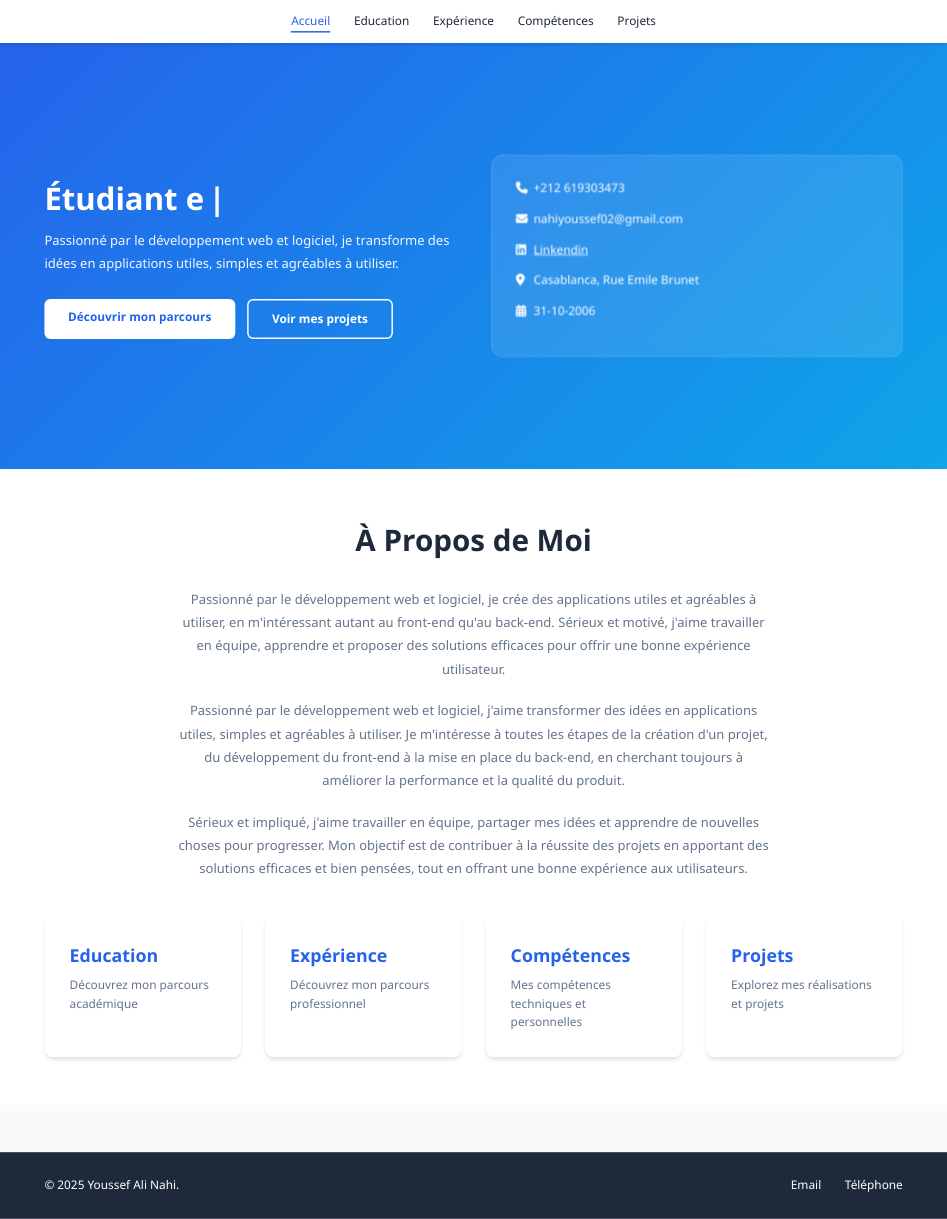
Repository: Youssef-Nahi504/My_Portfolio
Page: index.html
These files come from the project's save history. The page is drawn as it stood at one moment and after the next save; the edit follows.
The browser window is 1280 px wide. The pictures show the whole page, at 74% of full size.

Above is the page before, as saved 2025-12-21 16:51:25.

### index.html
<!DOCTYPE html>
<html lang="fr">

<head>
    <meta charset="UTF-8">
    <meta name="viewport" content="width=device-width, initial-scale=1.0">
    <title>Youssef Ali Nahi - Portfolio</title>
    <link rel="stylesheet" href="style.css">
    <link rel="stylesheet" href="https://cdnjs.cloudflare.com/ajax/libs/font-awesome/6.5.1/css/all.min.css">
</head>

<body>
    <nav class="navbar">
        <div class="nav-container">
            <ul class="nav-menu">
                <li><a href="index.html" class="active">Accueil</a></li>
                <li><a href="Education.html">Education</a></li>
                <li><a href="experience.html">Expérience</a></li>
                <li><a href="competences.html">Compétences</a></li>
                <li><a href="projets.html">Projets</a></li>
            </ul>
        </div>
    </nav>

    <main>
        <section class="hero">
            <div class="hero-content">
                <div class="hero-text">
                    <h1 id="typing-text"></h1>
                    <!-- <h1>Youssef Ali Nahi</h1>
                    <h2>Étudiant en BTS | Développeur Web & Logiciel</h2> -->
                    <p class="hero-subtitle">Passionné par le développement web et logiciel, je transforme des idées en
                        applications utiles, simples et agréables à utiliser.</p>
                    <div class="hero-buttons">
                        <a href="experience.html" class="btn btn-primary">Découvrir mon parcours</a>
                        <a href="projets.html" class="btn btn-secondary">Voir mes projets</a>
                    </div>
                </div>
                <div class="hero-image">
                    <div class="profile-card">
                        <div class="profile-info">
                            <p><i class="fa-solid fa-phone" style="width: 20px;"></i> +212 619303473</p>
                            <p> <i class="fa-solid fa-envelope" style="width: 20px;"></i> nahiyoussef02@gmail.com</p>
                            <p><i class="fa-brands fa-linkedin" style="width: 20px;"></i> <a href="https://www.linkedin.com/in/youssefalinahi02/" target="_blank" style="color: white;">Linkendin</a></p>
                            <p><i class="fa-solid fa-location-dot" style="width: 20px;"></i> Casablanca, Rue Emile Brunet</p>
                            <p><i class="fa-solid fa-calendar-days" style="width: 20px;"></i> 31-10-2006</p>

                        </div>
                    </div>
                </div>
            </div>
        </section>

        <section class="about">
            <div class="container">
                <h2 class="section-title">À Propos de Moi</h2>
                <div class="about-content">
                    <p>Passionné par le développement web et logiciel, je crée des applications utiles et agréables à utiliser, en m'intéressant autant au front-end qu'au back-end. Sérieux et motivé, j'aime travailler en équipe, apprendre et proposer des solutions efficaces pour offrir une bonne expérience utilisateur.</p>
                    <p>
                        Passionné par le développement web et logiciel, j'aime transformer des idées en applications
                        utiles, simples et agréables à utiliser. Je m'intéresse à toutes les étapes de la création d'un
                        projet, du développement du front-end à la mise en place du back-end, en cherchant toujours à
                        améliorer la performance et la qualité du produit.
                    </p>
                    <p>
                        Sérieux et impliqué, j'aime travailler en équipe, partager mes idées et apprendre de nouvelles
                        choses pour progresser. Mon objectif est de contribuer à la réussite des projets en apportant
                        des solutions efficaces et bien pensées, tout en offrant une bonne expérience aux utilisateurs.
                    </p>
                </div>
                <div class="quick-links">
                    <a href="Education.html" class="quick-link-card">
                        <h3>Education</h3>
                        <p>Découvrez mon parcours académique</p>
                    </a>

                    <a href="experience.html" class="quick-link-card">
                        <h3>Expérience</h3>
                        <p>Découvrez mon parcours professionnel</p>
                    </a>
                    <a href="competences.html" class="quick-link-card">
                        <h3>Compétences</h3>
                        <p>Mes compétences techniques et personnelles</p>
                    </a>
                    <a href="projets.html" class="quick-link-card">
                        <h3>Projets</h3>
                        <p>Explorez mes réalisations et projets</p>
                    </a>
                </div>
            </div>
        </section>
    </main>

    <footer>
        <div class="container">
            <p>&copy; 2025 Youssef Ali Nahi.</p>
            <div class="footer-links">
                <a href="mailto:nahiyoussef02@gmail.com">Email</a>
                <a href="tel:+212619303473">Téléphone</a>
            </div>
        </div>
    </footer>

    <script src="file.js"></script>
</body>

</html>

### style.css
* {
    margin: 0;
    padding: 0;
    box-sizing: border-box;
}

:root {
    --primary-color: #2563eb;
    --primary-dark: #1e40af;
    --secondary-color: #64748b;
    --accent-color: #0ea5e9;
    --text-dark: #1e293b;
    --text-light: #64748b;
    --bg-light: #f8fafc;
    --bg-white: #ffffff;
    --border-color: #e2e8f0;
    --shadow: 0 4px 6px -1px rgba(0, 0, 0, 0.1), 0 2px 4px -1px rgba(0, 0, 0, 0.06);
    --shadow-lg: 0 10px 15px -3px rgba(0, 0, 0, 0.1), 0 4px 6px -2px rgba(0, 0, 0, 0.05);
}

body {
    font-family: 'Segoe UI', Tahoma, Geneva, Verdana, sans-serif;
    line-height: 1.6;
    color: var(--text-dark);
    background-color: var(--bg-light);
}

.container {
    max-width: 1200px;
    margin: 0 auto;
    padding: 0 20px;
}

/* Navigation */
.navbar {
    background: var(--bg-white);
    box-shadow: var(--shadow);
    position: sticky;
    top: 0;
    z-index: 1000;
    padding: 1rem 0;
}

.nav-container {
    max-width: 1200px;
    margin: 0 auto;
    padding: 0 20px;
    display: flex;
  justify-content: center; /* horizontal */
  align-items: center;
}

.logo {
    font-size: 1.5rem;
    font-weight: bold;
    color: var(--primary-color);
    letter-spacing: 2px;
}

.nav-menu {
    display: flex;
    list-style: none;
    gap: 2rem;
}

.nav-menu a {
    text-decoration: none;
    color: var(--text-dark);
    font-weight: 500;
    transition: color 0.3s ease;
    position: relative;
}

.nav-menu a:hover,
.nav-menu a.active {
    color: var(--primary-color);
}

.nav-menu a.active::after {
    content: '';
    position: absolute;
    bottom: -5px;
    left: 0;
    width: 100%;
    height: 2px;
    background: var(--primary-color);
}

.hamburger {
    display: none;
    flex-direction: column;
    cursor: pointer;
    gap: 4px;
}

.hamburger span {
    width: 25px;
    height: 3px;
    background: var(--text-dark);
    transition: all 0.3s ease;
}

/* Hero Section */
.hero {
    background: linear-gradient(135deg, var(--primary-color) 0%, var(--accent-color) 100%);
    color: white;
    padding: 4rem 0;
    min-height: 80vh;
    display: flex;
    align-items: center;
}

.hero-content {
    max-width: 1200px;
    margin: 0 auto;
    padding: 0 20px;
    display: grid;
    grid-template-columns: 1fr 1fr;
    gap: 3rem;
    align-items: center;
}

#typing-text {
  font-size: 42px;
  font-weight: 700;
  color: #ffffff;
  min-height: 60px;
}

#typing-text::after {
  content: "|";
  margin-left: 6px;
  animation: blink 1s infinite;
}

@keyframes blink {
  0%, 50%, 100% { opacity: 1; }
  25%, 75% { opacity: 0; }
}

.hero-text h1 {
    font-size: 3rem;
    margin-bottom: 0.5rem;
    font-weight: 700;
}

.hero-text h2 {
    font-size: 1.5rem;
    margin-bottom: 1.5rem;
    opacity: 0.9;
    font-weight: 400;
}

.hero-subtitle {
    font-size: 1.1rem;
    margin-bottom: 2rem;
    opacity: 0.95;
    line-height: 1.8;
}

.hero-buttons {
    display: flex;
    gap: 1rem;
    flex-wrap: wrap;
}

.btn {
    padding: 0.75rem 2rem;
    border-radius: 8px;
    text-decoration: none;
    font-weight: 600;
    transition: all 0.3s ease;
    display: inline-block;
}

.btn-primary {
    background: white;
    color: var(--primary-color);
}

.btn-primary:hover {
    transform: translateY(-2px);
    box-shadow: var(--shadow-lg);
}

.btn-secondary {
    background: transparent;
    color: white;
    border: 2px solid white;
}

.btn-secondary:hover {
    background: white;
    color: var(--primary-color);
}

.profile-card {
    background: rgba(255, 255, 255, 0.1);
    backdrop-filter: blur(10px);
    border-radius: 16px;
    padding: 2rem;
    border: 1px solid rgba(255, 255, 255, 0.2);
}

.profile-info p {
    margin-bottom: 1rem;
    font-size: 1rem;
}

.profile-info strong {
    display: inline-block;
    width: 150px;
}

/* About Section */
.about {
    padding: 4rem 0;
    background: var(--bg-white);
}

.section-title {
    font-size: 2.5rem;
    margin-bottom: 2rem;
    text-align: center;
    color: var(--text-dark);
}

.about-content {
    max-width: 800px;
    margin: 0 auto 3rem;
    text-align: center;
}

.about-content p {
    font-size: 1.1rem;
    color: var(--text-light);
    margin-bottom: 1.5rem;
    line-height: 1.8;
}

.quick-links {
    display: grid;
    grid-template-columns: repeat(auto-fit, minmax(250px, 1fr));
    gap: 2rem;
    margin-top: 3rem;
}

.quick-link-card {
    background: var(--bg-white);
    padding: 2rem;
    border-radius: 12px;
    text-decoration: none;
    color: var(--text-dark);
    box-shadow: var(--shadow);
    transition: all 0.3s ease;
    border: 2px solid transparent;
}

.quick-link-card:hover {
    transform: translateY(-5px);
    box-shadow: var(--shadow-lg);
    border-color: var(--primary-color);
}

.quick-link-card h3 {
    color: var(--primary-color);
    margin-bottom: 0.5rem;
    font-size: 1.5rem;
}

.quick-link-card p {
    color: var(--text-light);
}

/* Page Header */
.page-header {
    background: linear-gradient(135deg, var(--primary-color) 0%, var(--accent-color) 100%);
    color: white;
    padding: 3rem 0;
    text-align: center;
}

.page-header h1 {
    font-size: 3rem;
    margin-bottom: 0.5rem;
}

.page-header p {
    font-size: 1.2rem;
    opacity: 0.9;
}

/* Experience Section */
.experience-section {
    padding: 4rem 0;
    background: var(--bg-white);
}

.timeline {
    position: relative;
    max-width: 900px;
    margin: 0 auto;
    padding: 2rem 0;
}

.timeline::before {
    content: '';
    position: absolute;
    left: 30px;
    top: 0;
    bottom: 0;
    width: 2px;
    background: var(--border-color);
}

.timeline-item {
    position: relative;
    margin-bottom: 3rem;
    padding-left: 80px;
}

.timeline-marker {
    position: absolute;
    left: 22px;
    top: 0;
    width: 16px;
    height: 16px;
    border-radius: 50%;
    background: var(--primary-color);
    border: 4px solid var(--bg-white);
    box-shadow: var(--shadow);
}

.timeline-content {
    background: var(--bg-white);
    padding: 2rem;
    border-radius: 12px;
    box-shadow: var(--shadow);
    transition: all 0.3s ease;
}

.timeline-content:hover {
    box-shadow: var(--shadow-lg);
    transform: translateX(5px);
}

.timeline-date {
    color: var(--primary-color);
    font-weight: 600;
    margin-bottom: 0.5rem;
    font-size: 0.9rem;
}

.timeline-content h3 {
    color: var(--text-dark);
    margin-bottom: 0.25rem;
    font-size: 1.5rem;
}

.timeline-content h4 {
    color: var(--text-light);
    margin-bottom: 1rem;
    font-weight: 500;
}

.timeline-content ul {
    list-style: none;
    padding-left: 0;
}

.timeline-content li {
    padding-left: 1.5rem;
    position: relative;
    margin-bottom: 0.5rem;
    color: var(--text-light);
}

.timeline-content li::before {
    content: '▸';
    position: absolute;
    left: 0;
    color: var(--primary-color);
}

/* Education Section */
.education-section {
    padding: 4rem 0;
    background: var(--bg-light);
}

.education-grid {
    display: grid;
    grid-template-columns: repeat(auto-fit, minmax(300px, 1fr));
    gap: 2rem;
    max-width: 900px;
    margin: 0 auto;
}

.education-card {
    background: var(--bg-white);
    padding: 2rem;
    border-radius: 12px;
    box-shadow: var(--shadow);
    transition: all 0.3s ease;
    border-top: 4px solid var(--primary-color);
}

.education-card:hover {
    transform: translateY(-5px);
    box-shadow: var(--shadow-lg);
}

.education-year {
    color: var(--primary-color);
    font-weight: 600;
    margin-bottom: 1rem;
    font-size: 0.9rem;
}

.education-card h3 {
    color: var(--text-dark);
    margin-bottom: 0.5rem;
    font-size: 1.3rem;
}

.education-card h4 {
    color: var(--text-light);
    margin-bottom: 1rem;
    font-weight: 500;
}

.education-institution {
    color: var(--text-light);
    font-style: italic;
}

/* Skills Section */
.skills-section {
    padding: 4rem 0;
    background: var(--bg-white);
}

.skills-category {
    margin-bottom: 4rem;
}

.category-title {
    font-size: 2rem;
    margin-bottom: 2rem;
    color: var(--text-dark);
    text-align: center;
}

.skills-grid {
    display: grid;
    grid-template-columns: repeat(auto-fit, minmax(250px, 1fr));
    gap: 2rem;
}

.skill-group {
    background: var(--bg-light);
    padding: 1.5rem;
    border-radius: 12px;
    border-top: 4px solid var(--primary-color);
}

.skill-group h3 {
    color: var(--text-dark);
    margin-bottom: 1rem;
    font-size: 1.2rem;
}

.skill-tags {
    display: flex;
    flex-wrap: wrap;
    gap: 0.5rem;
}

.skill-tag {
    background: transparent;
    color: var(--text-light);
    padding: 0;
    border-radius: 0;
    font-size: 1rem;
    font-weight: 500;
}

.soft-skills-grid {
    display: grid;
    grid-template-columns: repeat(auto-fit, minmax(200px, 1fr));
    gap: 1.5rem;
}

.soft-skill-card {
    background: linear-gradient(135deg, var(--primary-color) 0%, var(--accent-color) 100%);
    color: white;
    padding: 2rem;
    border-radius: 12px;
    text-align: center;
    transition: all 0.3s ease;
}

.soft-skill-card:hover {
    transform: translateY(-5px);
    box-shadow: var(--shadow-lg);
}

.soft-skill-card h3 {
    font-size: 1.2rem;
}

.languages-grid,
.interests-grid {
    display: grid;
    grid-template-columns: repeat(auto-fit, minmax(200px, 1fr));
    gap: 1.5rem;
}

.language-card,
.interest-card {
    background: var(--bg-white);
    padding: 2rem;
    border-radius: 12px;
    box-shadow: var(--shadow);
    text-align: center;
    transition: all 0.3s ease;
    border-top: 4px solid var(--primary-color);
}

.language-card:hover,
.interest-card:hover {
    transform: translateY(-5px);
    box-shadow: var(--shadow-lg);
}

.language-card h3,
.interest-card h3 {
    color: var(--text-dark);
    margin-bottom: 0.5rem;
    font-size: 1.3rem;
}

.language-card p {
    color: var(--text-light);
    font-weight: 500;
}

/* Projects Section */
.projects-section {
    padding: 4rem 0;
    background: var(--bg-white);
}

.projects-grid {
    display: grid;
    grid-template-columns: repeat(auto-fit, minmax(300px, 1fr));
    gap: 2rem;
}

.project-card {
    background: var(--bg-white);
    padding: 2rem;
    border-radius: 12px;
    box-shadow: var(--shadow);
    transition: all 0.3s ease;
    border-top: 4px solid var(--primary-color);
    position: relative;
}

.project-badge {
    position: absolute;
    top: 1rem;
    right: 1rem;
    background: linear-gradient(135deg, var(--primary-color) 0%, var(--accent-color) 100%);
    color: white;
    padding: 0.4rem 0.8rem;
    border-radius: 20px;
    font-size: 0.75rem;
    font-weight: 600;
    text-transform: uppercase;
    letter-spacing: 0.5px;
}

.project-card:hover {
    transform: translateY(-5px);
    box-shadow: var(--shadow-lg);
}

.project-icon {
    font-size: 3rem;
    margin-bottom: 1rem;
}

.project-card h3 {
    color: var(--text-dark);
    margin-bottom: 0.75rem;
    font-size: 1.4rem;
}

.project-tech {
    color: var(--primary-color);
    font-weight: 600;
    margin-bottom: 1rem;
    font-size: 0.9rem;
}

.project-description {
    color: var(--text-light);
    line-height: 1.7;
}

/* Footer */
footer {
    background: var(--text-dark);
    color: white;
    padding: 2rem 0;
    margin-top: 4rem;
}

footer .container {
    display: flex;
    justify-content: space-between;
    align-items: center;
    flex-wrap: wrap;
    gap: 1rem;
}

.footer-links {
    display: flex;
    gap: 2rem;
}

.footer-links a {
    color: white;
    text-decoration: none;
    transition: color 0.3s ease;
}

.footer-links a:hover {
    color: var(--accent-color);
}

/* Responsive Design */
@media (max-width: 768px) {
    .hamburger {
        display: flex;
    }

    .nav-menu {
        position: fixed;
        left: -100%;
        top: 70px;
        flex-direction: column;
        background: var(--bg-white);
        width: 100%;
        text-align: center;
        transition: 0.3s;
        box-shadow: var(--shadow);
        padding: 2rem 0;
        gap: 0;
    }

    .nav-menu.active {
        left: 0;
    }

    .nav-menu li {
        margin: 1rem 0;
    }

    .hero-content {
        grid-template-columns: 1fr;
        text-align: center;
    }

    .hero-text h1 {
        font-size: 2rem;
    }

    .hero-text h2 {
        font-size: 1.2rem;
    }

    .section-title {
        font-size: 2rem;
    }

    .page-header h1 {
        font-size: 2rem;
    }

    .timeline::before {
        left: 15px;
    }

    .timeline-item {
        padding-left: 50px;
    }

    .timeline-marker {
        left: 7px;
    }

    .quick-links {
        grid-template-columns: 1fr;
    }

    footer .container {
        flex-direction: column;
        text-align: center;
    }
}

@media (max-width: 480px) {
    .hero {
        padding: 2rem 0;
        min-height: auto;
    }

    .hero-text h1 {
        font-size: 1.5rem;
    }

    .btn {
        padding: 0.6rem 1.5rem;
        font-size: 0.9rem;
    }

    .projects-grid,
    .education-grid {
        grid-template-columns: 1fr;
    }
}

### file.js
// Mobile Navigation Toggle
const hamburger = document.querySelector('.hamburger');
const navMenu = document.querySelector('.nav-menu');

if (hamburger && navMenu) {
    hamburger.addEventListener('click', () => {
        navMenu.classList.toggle('active');

        // Animate hamburger
        const spans = hamburger.querySelectorAll('span');
        if (navMenu.classList.contains('active')) {
            spans[0].style.transform = 'rotate(45deg) translate(5px, 5px)';
            spans[1].style.opacity = '0';
            spans[2].style.transform = 'rotate(-45deg) translate(7px, -6px)';
        } else {
            spans[0].style.transform = 'none';
            spans[1].style.opacity = '1';
            spans[2].style.transform = 'none';
        }
    });

    // Close menu when clicking on a link
    document.querySelectorAll('.nav-menu a').forEach(link => {
        link.addEventListener('click', () => {
            navMenu.classList.remove('active');
            const spans = hamburger.querySelectorAll('span');
            spans[0].style.transform = 'none';
            spans[1].style.opacity = '1';
            spans[2].style.transform = 'none';
        });
    });

    // Close menu when clicking outside
    document.addEventListener('click', (e) => {
        if (!hamburger.contains(e.target) && !navMenu.contains(e.target)) {
            navMenu.classList.remove('active');
            const spans = hamburger.querySelectorAll('span');
            spans[0].style.transform = 'none';
            spans[1].style.opacity = '1';
            spans[2].style.transform = 'none';
        }
    });
}

// Smooth scroll for anchor links
document.querySelectorAll('a[href^="#"]').forEach(anchor => {
    anchor.addEventListener('click', function (e) {
        e.preventDefault();
        const target = document.querySelector(this.getAttribute('href'));
        if (target) {
            target.scrollIntoView({
                behavior: 'smooth',
                block: 'start'
            });
        }
    });
});

// Add scroll animation
const observerOptions = {
    threshold: 0.1,
    rootMargin: '0px 0px -50px 0px'
};

const observer = new IntersectionObserver((entries) => {
    entries.forEach(entry => {
        if (entry.isIntersecting) {
            entry.target.style.opacity = '1';
            entry.target.style.transform = 'translateY(0)';
        }
    });
}, observerOptions);

// Observe elements for animation
document.addEventListener('DOMContentLoaded', () => {
    const animateElements = document.querySelectorAll('.project-card, .education-card, .timeline-item, .skill-group, .soft-skill-card, .language-card, .interest-card, .quick-link-card');

    animateElements.forEach(el => {
        el.style.opacity = '0';
        el.style.transform = 'translateY(20px)';
        el.style.transition = 'opacity 0.6s ease, transform 0.6s ease';
        observer.observe(el);
    });
});

// Add active page highlighting
document.addEventListener('DOMContentLoaded', () => {
    const currentPage = window.location.pathname.split('/').pop() || 'index.html';
    const navLinks = document.querySelectorAll('.nav-menu a');

    navLinks.forEach(link => {
        const linkPage = link.getAttribute('href');
        if (linkPage === currentPage || (currentPage === '' && linkPage === 'index.html')) {
            link.classList.add('active');
        } else {
            link.classList.remove('active');
        }
    });
});

const texts = [
  "Youssef Ali Nahi",
  "Étudiant en BTS",
  "Développeur Web & Logiciel"
];

let textIndex = 0;
let charIndex = 0;
let isDeleting = false;

const typingElement = document.getElementById("typing-text");

function typeEffect() {
  const currentText = texts[textIndex];

  if (!isDeleting) {
    typingElement.textContent = currentText.substring(0, charIndex + 1);
    charIndex++;

    if (charIndex === currentText.length) {
      setTimeout(() => isDeleting = true, 1200);
    }
  } else {
    typingElement.textContent = currentText.substring(0, charIndex - 1);
    charIndex--;

    if (charIndex === 0) {
      isDeleting = false;
      textIndex = (textIndex + 1) % texts.length;
    }
  }

  setTimeout(typeEffect, isDeleting ? 50 : 100);
}

typeEffect();

After the next save:
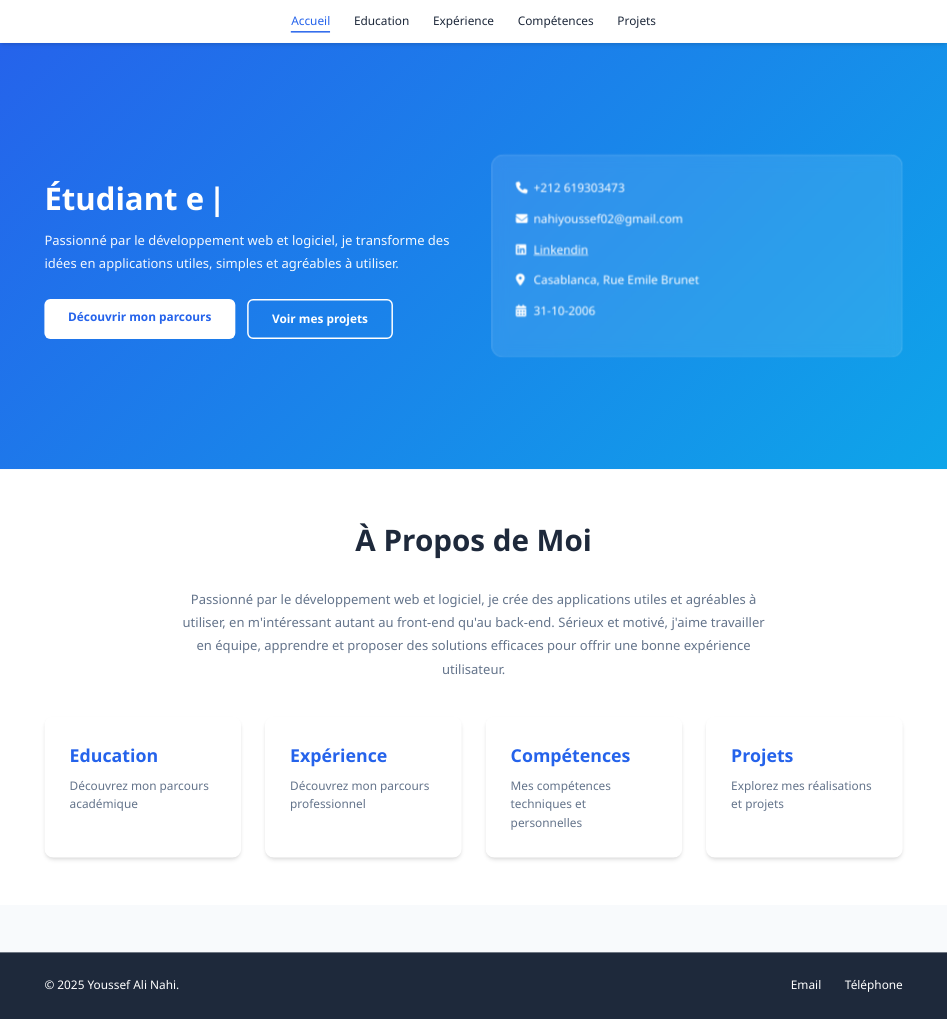
Saved 6 s later.
--- a/index.html
+++ b/index.html
@@ -56,7 +56,7 @@
                 <h2 class="section-title">À Propos de Moi</h2>
                 <div class="about-content">
                     <p>Passionné par le développement web et logiciel, je crée des applications utiles et agréables à utiliser, en m'intéressant autant au front-end qu'au back-end. Sérieux et motivé, j'aime travailler en équipe, apprendre et proposer des solutions efficaces pour offrir une bonne expérience utilisateur.</p>
-                    <p>
+                    <!-- <p>
                         Passionné par le développement web et logiciel, j'aime transformer des idées en applications
                         utiles, simples et agréables à utiliser. Je m'intéresse à toutes les étapes de la création d'un
                         projet, du développement du front-end à la mise en place du back-end, en cherchant toujours à
@@ -66,7 +66,7 @@
                         Sérieux et impliqué, j'aime travailler en équipe, partager mes idées et apprendre de nouvelles
                         choses pour progresser. Mon objectif est de contribuer à la réussite des projets en apportant
                         des solutions efficaces et bien pensées, tout en offrant une bonne expérience aux utilisateurs.
-                    </p>
+                    </p> -->
                 </div>
                 <div class="quick-links">
                     <a href="Education.html" class="quick-link-card">
